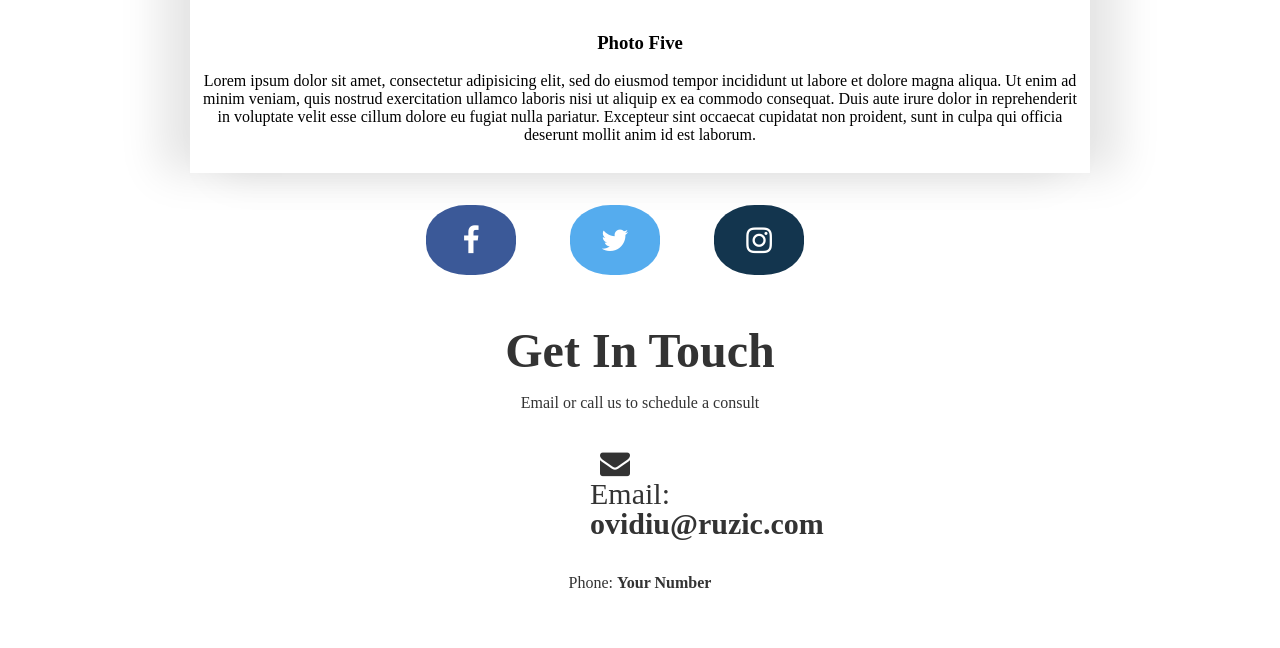
Repository: konstantin0s/mobile-photography
Page: index.html
An editor plug-in stored every save of this project. The page is shown before and after the next save, followed by the edit.
The browser window is 1280 px wide. The pictures show the part of the page from y = 4062 to 4710 px (the page is 4710 px tall before and 4650 px after).

Above is the page before, as saved 2019-05-11 14:52:33.

After the next save:
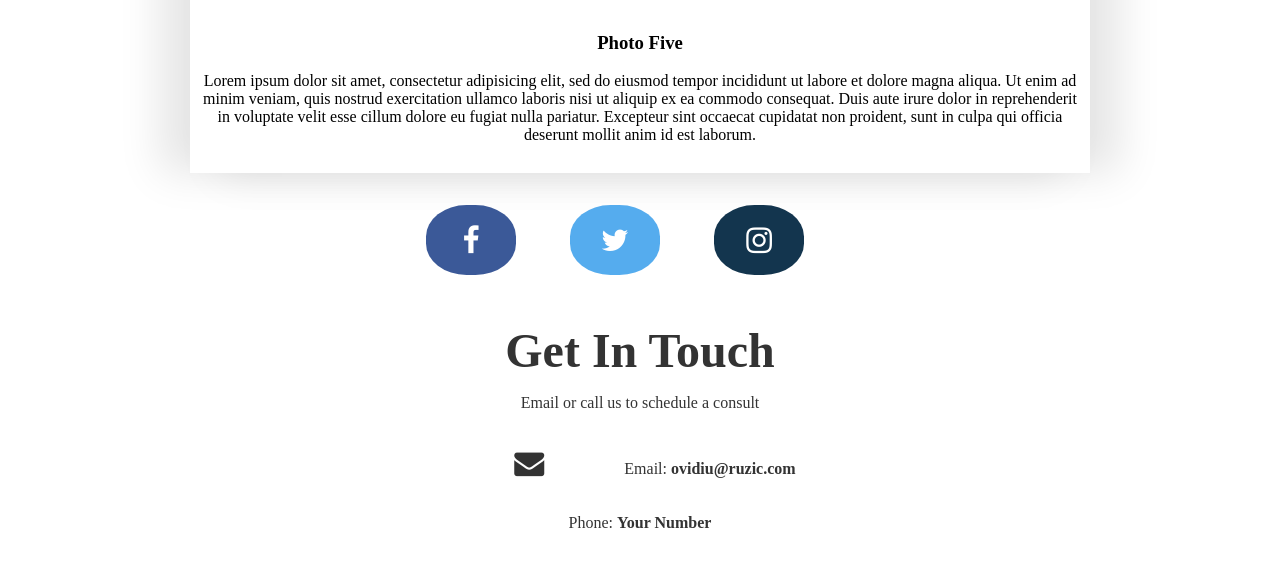
Saved 50 s later.
--- a/index.html
+++ b/index.html
@@ -86,9 +86,7 @@
 
   <h3>Get In Touch</h3>
   <p>Email or call us to schedule a consult</p>
-  <p><i class="fa fa-envelope" aria-hidden="true">
-      Email: <strong>ovidiu@ruzic.com</strong>
-  </i>
+  <p><i class="fa fa-envelope" aria-hidden="true"></i>Email: <strong>ovidiu@ruzic.com</strong>
   </p>
   <p>Phone: <strong>Your Number</strong></p>
 </footer>
